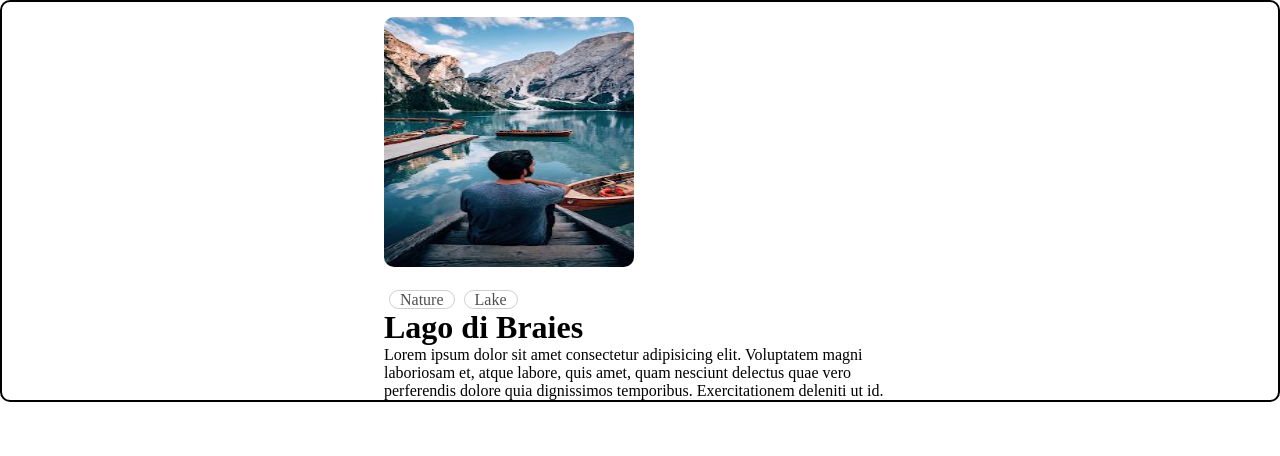
Repository: diensy/Web_dev
Page: Css/Exercise/exercise-2/index.html
These files come from the project's save history. The page is drawn as it stood at one moment and after the next save; the edit follows.
The browser window is 1280 px wide. The pictures show the whole page.

Above is the page before, as saved 2024-05-27 21:33:27.

After the next save:
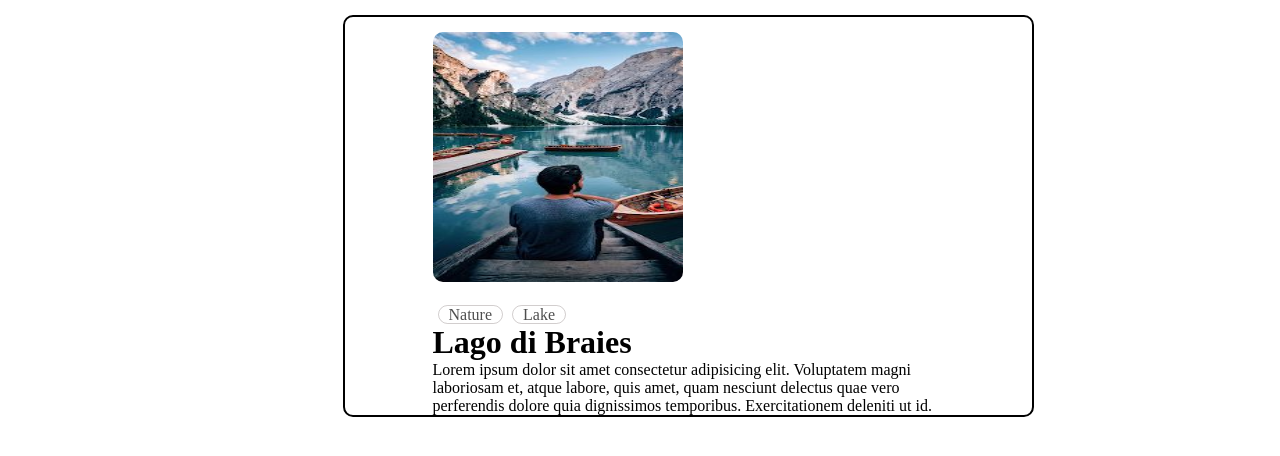
Saved 2 min 40 s later.
--- a/Css/Exercise/exercise-2/index.css
+++ b/Css/Exercise/exercise-2/index.css
@@ -7,7 +7,7 @@
   border-radius: 10px;
   display: grid;
   justify-content: center;
-margin: 0px 0px 0px 0px;
+margin: 15px 246px 18px 343px
 }
 .image {
   margin-top: 15px;
